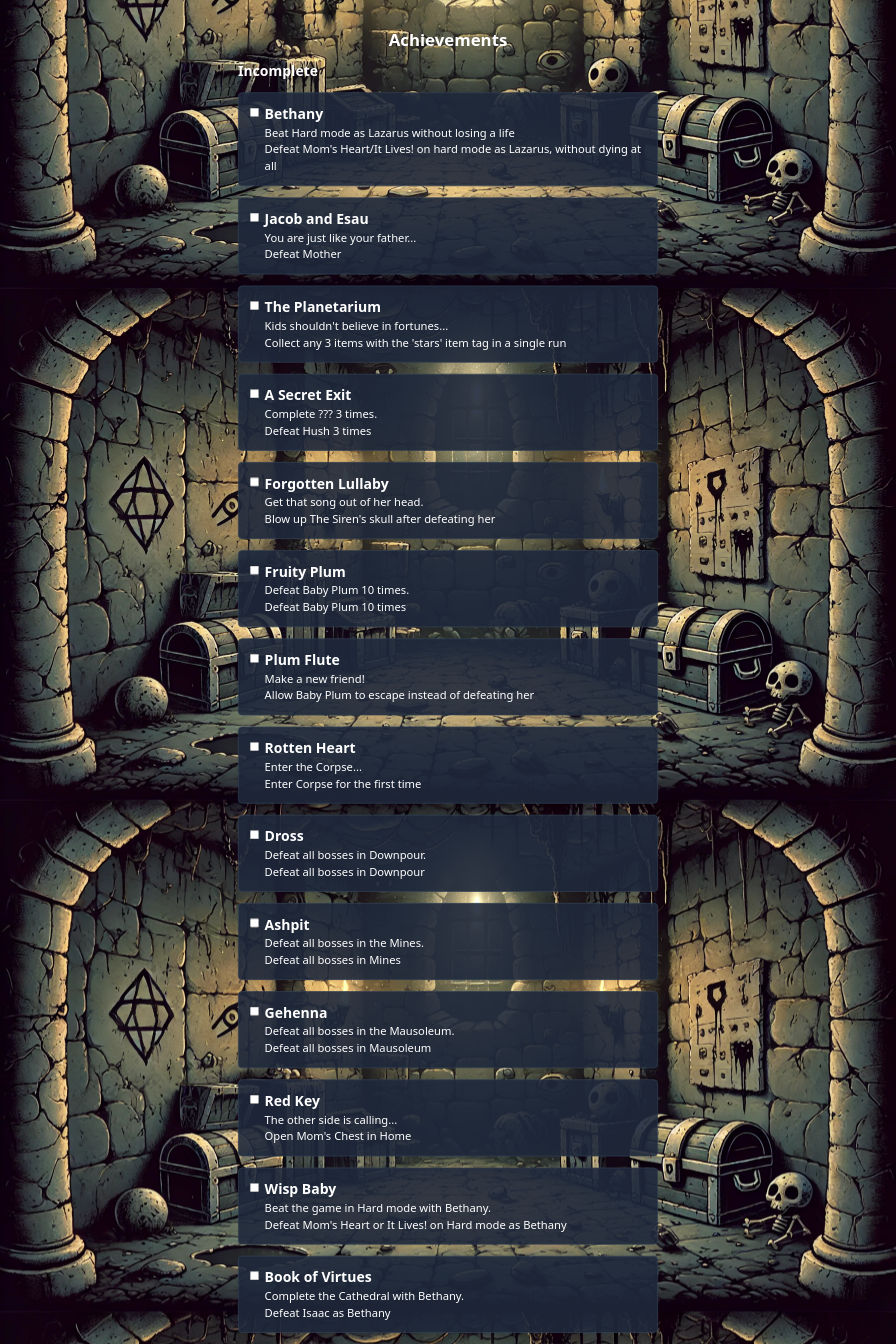
Repository: x9751/binding_of_issac_achivment_checklist
Page: /
These files come from the project's save history. The page is drawn as it stood at one moment and after the next save; the edit follows.
The browser window is 1280 px wide. The pictures show the part of the page from y = 0 to 1920 px (the page is 87812 px tall), at 70% of full size.
Backgrounds fixed to the window are drawn as part of the page. The project was rebuilt for these pictures with package versions that can differ from the ones it lists, and the page was loaded fresh each time. Also part of the build but not shown: vite.config.ts.

Above is the page before, as saved 2024-07-22 22:53:35.

After the next save:
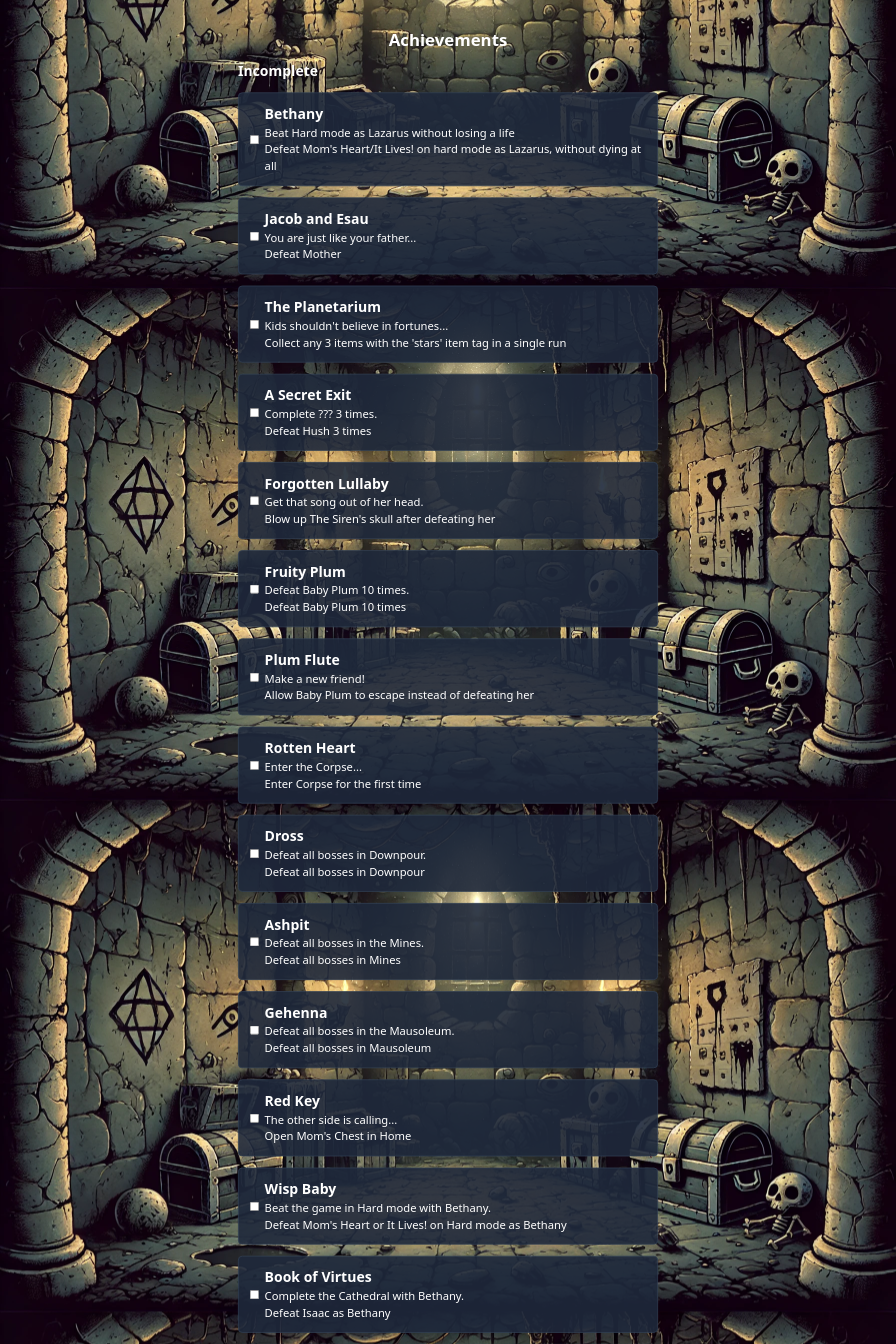
Saved 6 s later.
--- a/src/app.tsx
+++ b/src/app.tsx
@@ -33,7 +33,7 @@
 								key={achievement.index}
 								className="bg-slate-800/90 border border-slate-700 p-4 rounded-md flex gap-2"
 							>
-								<div>
+								<div className="flex items-center justify-center">
 									<input type="checkbox" />
 								</div>
 								<div className="flex flex-col">
